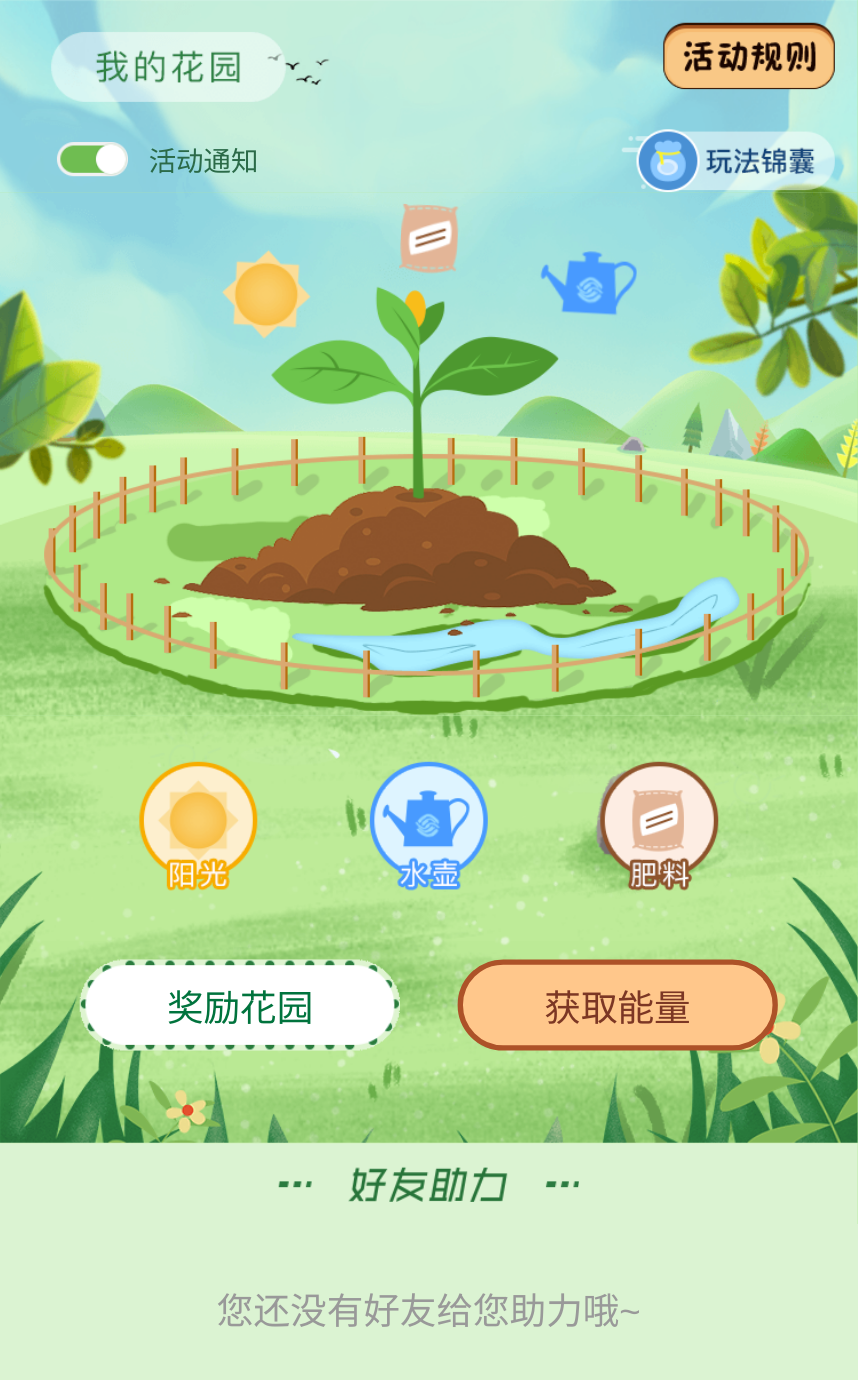
Repository: wangbiaozy/zh
Page: index.html
An editor plug-in stored every save of this project. The page is shown before and after the next save, followed by the edit.
The browser window is 1280 px wide. The pictures show the whole page, at 67% of full size.

Above is the page before, as saved 2019-03-18 20:27:31.
Console error: TypeError: Cannot read properties of undefined (reading 'style')

### index.html
<!DOCTYPE html>
<html lang="en">

<head>
    <meta charset="UTF-8">
    <meta name="viewport" content="width=device-width, initial-scale=1.0, maximum-scale=1.0, minimum-scale=1.0, user-scalable=no, viewport-fit=cover">
    <meta http-equiv="X-UA-Compatible" content="ie=edge">
    <title>北京移动</title>
    <link rel="stylesheet" href="css/reset.min.css">
    <link rel="stylesheet/less" href="css/styles.less">
    <link rel="stylesheet" href="css/animation.css">
    <script src="js/less-1.7.0.min.js"></script>
    <script src="js/jquery-1.10.1.min.js"></script>
    <script src="js/imgLoader.js"></script>
    <script>
        imgLoader([
            'images/banner.png',
            'images/bdsjh.png',
            'images/bg_01.png',
            'images/bg_02.png',
            'images/btn_cj.png',
            'images/btn_cjhd.png',
            'images/btn_dhff.png',
            'images/btn_dl.png',
            'images/btn_fshy.png',
            'images/btn_lj.png',
            'images/btn_qd.png',
            'images/btn_qdl.png',
            'images/btn_qr.png',
            'images/btn_qx.png',
            'images/btn_xg.png',
            'images/btn_zz.png',
            'images/c1.png',
            'images/c2.png',
            'images/c3.png',
            'images/c4.png',
            'images/c5.png',
            'images/card_1.png',
            'images/card_2.png',
            'images/card_3.png',
            'images/card_4.png',
            'images/card_5.png',
            'images/card.png',
            'images/close.png',
            'images/default.jpg',
            'images/erweima.png',
            'images/fire.gif',
            'images/fri_bg_01.png',
            'images/fri_bg_02.png',
            'images/fri_bg_03.png',
            'images/gongxi.png',
            'images/guang1.png',
            'images/guang2.png',
            'images/hdgz.png',
            'images/home_bg_01.png',
            'images/home_bg_02.png',
            'images/home_bg_03.png',
            'images/hyzl.png',
            'images/longjiao.png',
            'images/longshen.png',
            'images/longtou.png',
            'images/longwei.png',
            'images/longzhu.png',
            'images/longzhua.png',
            'images/rule_btn.png',
            'images/share.png',
            'images/sjhm.png',
            'images/start_btn.png',
            'images/submit.png',
            'images/tc_1_text.png',
            'images/tc_bg.png',
            'images/tc_card.png',
            'images/tc_title_1.png',
            'images/tc_title_2.png',
            'images/tc_title_3.png',
            'images/xxqr.png',
            'images/yun_1.png',
            'images/yun_2.png',
            'images/yun_3.png',
            'images/yun.png',
            'images/yzm.png'
        ], function (percentage) {
            var percentT = percentage * 100;
            $('.loader_info').html('Loading ' + (parseInt(percentT)) + '%');
            $('.loader_progress')[0].style.width = percentT + '%';
            if (percentage == 1) {
                /* $('.loader').remove();
                $('.home').show(); */
            }
        });
    </script>
</head>
<body>
    <!--loading-->
    <!-- <section class="loader">
        <div class="loader_info"></div>
        <div>
            <div class="loader_progress"></div>
        </div>
    </section> -->
    <!-- 首页 -->
    <section id="home" class="home">
        <div>
            <a href="javascript: void(0)" class="rule-btn"></a>
        </div>
        <div>
            <div></div>
        </div>
        <div>
            <a href="javascript: void(0)" id="start-btn"></a>
            <div>
                <p id="countDown"><i>倒计时：</i><span>7</span>天<span>00</span>时<span>00</span>分<span>00</span>秒</p>
            </div>
            <p>4月8日-4月14日&nbsp;&nbsp;&nbsp;&nbsp;活动将于4月14日结束，务必到期前领取</p>
        </div>
    </section>
    <!-- 活动规则页 -->
    <section id="rule" class="rule">
        <div>
            <div></div>
            <div>
                <ul>
                    <li>
                        <h3>一 活动时间：</h3>
                        <p>即日起——4月14日</p>
                        <h3>二 活动介绍：</h3>
                        <p>活动期间，用户通过北京移动微信公众号，可参与“天天种花得流量”活动。用户每天可获得一颗种子，通过添加物料（水、阳光、肥料），完成种植，收获花朵并获得对应流量奖品。</p>
                        <p>获取物料方法：</p>
                        <p>1、用户首次参与活动可领取水、阳光、肥料各1份。</p>
                        <p>2、分享活动给好友，邀请其助力赠送，可获得更多物料。（好友助力次数不限，但为同一用户仅可助力一次。）</p>
                        <h3>三 奖品规则：</h3>
                        <p>活动奖品包含：100MB、200MB、500MB、1GB、2GB、3GB全国流量，及部分免费业务体验资格、优惠业务办理资格。</p>
                        <p>（一）流量奖品</p>
                        <p>1.流量档位包括100MB、200MB、500MB、1GB、2GB、3GB全国流量；</p>
                        <p>2.奖品将于领取后15日内，自动充入用户的微信关注绑定手机号，流量自充入日起生效，有效期至本月月末；</p>
                        <p>3.活动赠送套外国内流量，优先级低于主套餐、可选包、短促包、定向流量包等，赠送流量无法共享，不可结转；</p>
                        <p>4.处于保留期、保号期、挂失、申停、欠停、转品牌过渡期的手机号；物联网卡、4G超级日租卡套餐、神州行开心听、语音套餐卡、神州行B标准资费基本策划等特殊资费用户无法领取赠送流量；</p>
                        <p>5.赠送流量每月仅可领取100次，超出上限不可领取；</p>
                        <p>6.北京移动用户抽中流量奖品后，自动充入关注绑定账户。非北京移动用户抽中流量奖品后可以转赠给北京移动手机号码。</p>
                        <p>（二）其它奖品</p>
                        <p>规则详见各奖品办理页面</p>
                        <p>温馨提示：</p>
                        <p>1、活动将于4月14日结束，请您务必于活动结束前完成领奖，逾期视为自动放弃奖品。</p>
                        <p>2、活动页面内可手动关闭活动提醒。如不关闭，默认每天发放服务通知，提醒用户活动状态已更新。</p>
                    </li>
                </ul>
                <a href="javascript:void(0)">确定</a>
            </div>
        </div>
        <div></div>
    </section>
    <!-- 主页 -->
    <section id="main" class="main">
        <div>
            <a href="javascript:void(0)" class="rule-btn"></a>
            <a href="javascript:void(0)" class="method-btn"></a>
            <div>
                <a href="javascript:void(0)"></a>
                <p>活动通知</p>
            </div>
        </div>
        <div>
            <div>
                <div class="zq"></div>
                <ul>
                    <li class="a-ring"></li>
                    <li class="a-ring"></li>
                    <li class="a-ring"></li>
                </ul>
            </div>
        </div>
        <div>
            <ul>
                <li>
                    <span>3</span>
                </li>
                <li>
                    <span>3</span>
                </li>
                <li>
                    <span>3</span>
                </li>
            </ul>
            <ul>
                <li>奖励花园</li>
                <li>获取能量</li>
            </ul>
        </div>
        <div>
            <h3></h3>
            <ul>
                <p>您还没有好友给您助力哦~</p>
                <!-- <li>
                    <div>
                        <img src="./images/fri_default.png" alt="">
                    </div>
                    <p>胖子胖子胖子胖子</p>
                    <p>帮忙增加了<span>肥料</span></p>
                    <p>3月1日</p>
                </li> -->
            </ul>
        </div>
    </section>
    <!-- 玩法锦囊页 -->
    <section id="method" class="method">
        <div></div>
        <div></div>
        <div></div>
        <div></div>
        <div></div>
        <a href="javascript: void(0)">确定</a>
    </section>
    <!-- 我的奖励花园页 -->
    <section id="gift" class="gift">
        <div>
            <div>
                <div></div>
                <ul>
                    <li>
                        <img src="./images/flower_0.png" alt="">
                        <a href="javascript: void(0)"></a>
                    </li>
                    <li>
                        <img src="./images/flower_0.png" alt="">
                        <a href="javascript: void(0)"></a>
                    </li>
                    <li>
                        <img src="./images/flower_0.png" alt="">
                        <a href="javascript: void(0)"></a>
                    </li>
                    <li>
                        <img src="./images/flower_0.png" alt="">
                        <a href="javascript: void(0)"></a>
                    </li>
                    <li>
                        <img src="./images/flower_0.png" alt="">
                        <a href="javascript: void(0)"></a>
                    </li>
                    <li>
                        <img src="./images/flower_0.png" alt="">
                        <a href="javascript: void(0)"></a>
                    </li>
                    <li>
                        <img src="./images/flower_0.png" alt="">
                        <a href="javascript: void(0)"></a>
                    </li>
                </ul>
                <div></div>
                <a href="javascript: void(0)">返回</a>
            </div>
        </div>
        <div></div>
    </section>
    <!-- 二维码页 -->
    <section id="code" class="code">
        <div>
            <div>
                <div>
                    <p>亲爱的用户<br>天天种花得流量活动邀你参加<br>天天有惊喜哦~</p>
                </div>
                <div>
                    <div>
                        <img src="./images/erweima.jpg" alt="">
                    </div>
                </div>
            </div>
        </div>
        <div></div>
    </section>
    <!-- 添加物料弹窗 -->
    <section class="model addModel message-model">
        <div>
            <p>您已成功为种子<br><span>添加了阳光</span><br>种子已进入<span>成熟</span>期<br>快来看看吧</p>
        </div>
        <a href="javascript: void(0)">确定</a>
    </section>
    <!-- 发送好友弹窗 -->
    <section class="model to-friend message-model">
        <div>
            <p>您需要积攒能量<br>才能种出神秘花朵<br>还有抽大奖的机会哦<br>快请好友帮忙吧</p>
        </div>
        <a href="javascript:void(0)">发送好友</a>
    </section>
    <!-- 开始 种子弹窗 -->
    <section class="model tc-0">
        <div>
            <p>恭喜您已经播种了<br>一颗神秘种子<br>快去养育TA～</p>
            <div></div>
            <p>看看可以收获什么花吧！！</p>
            <p>送您阳光、水壶、肥料各一份</p>
        </div>
        <a href="javascript:void(0)">确定</a>
    </section>
    <!-- 本网获得流量弹窗 -->
    <section class="model tc-1">
        <div>
            <p>恭喜您的手机号</p>
            <p>15910943650</p>
            <p>收货了<span>雏菊</span>（价值<span>500MB</span>）</p>
            <img src="./images/flower_tc_1.png" alt="">
            <p>流量将于7日内到账</p>
            <p>有效期至本月月末</p>
            <a href=""></a>
        </div>
        <a href="javascript:void(0)">确定</a>
    </section>
    <!-- 异网流量弹窗 1-->
    <section class="model tc-2">
        <div>
            <p>恭喜您的手机号</p>
            <p>13612341234</p>
            <p>收获了<span>雏菊</span>（价值<span>500MB</span>）</p>
            <img src="./images/flower_tc_1.png" alt="">
            <p>您可以转赠到北京移动号码内</p>
            <p>（流量仅可在活动期间内进行转赠）</p>
        </div>
        <div>
            <a href="javascript:void(0)">取消</a>
            <a href="javascript:void(0)">转赠</a>
        </div>
    </section>
    <!-- 异网流量弹窗 2 -->
    <section class="model tc-3">
        <div>
            <p>请输入好友北京移动手机号码</p>
            <div>
                <p>手机号码</p>
                <input id="inputTel" type="number" pattern="[0-9]*" oninput="if(value.length>11)value=value.slice(0,11)">
            </div>
            <p>（流量仅可在活动期间进行转赠）</p>
        </div>
        <a href="javascript:void(0)">确定</a>
    </section>
     <!-- 异网流量弹窗 3 -->
    <section class="model tc-4">
        <div>
            <p>信息确认</p>
            <p>您是否将</p>
            <p><span>500MB</span>全国流量</p>
            <p>转赠到手机号码</p>
            <p>13612341234</p>
            <p>账户中</p>
            <p>点击确认后信息将不可更改</p>
        </div>
        <div>
            <a href="javascript:void(0)">修改</a>
            <a href="javascript:void(0)">确认</a>
        </div>
    </section>
    <!-- 异网流量弹窗 4 -->
    <section class="model tc-5">
        <div>
            <p>您已将</p>
            <p><span>500MB</span>全国流量</p>
            <p>转赠到手机号码</p>
            <p>15910011111</p>
            <p>账户中</p>
            <p>流量将于15日内到账</p>
            <p>有效期至本月月末</p>
            <p>（流量到账后，立即生效）</p>
            <a href=""></a>
        </div>
        <a href="javascript:void(0)">确定</a>
    </section>
    <!-- 分享浮层 -->
    <section class="share">
        <div>
            <span></span>
        </div>
    </section>
    <!-- 遮罩层 -->
    <section class="mask" id="mask"></section>
</body>
</html>
<script src="js/index.js"></script>

### css/reset.min.css
@charset "utf-8";
/*默认样式清除和初始化*/
body,h1,h2,h3,h4,h5,h6,hr,p,blockquote,dl,dt,dd,ul,ol,li,button,input,textarea,th,td{margin:0;padding:0}body{font-size:12px;font-style:normal;font-family:"\5FAE\8F6F\96C5\9ED1",Helvetica,sans-serif}small{font-size:12px}h1{font-size:18px}h2{font-size:16px}h3{font-size:14px}h4,h5,h6{font-size:100%}ul,ol{list-style:none}a{text-decoration:none;background-color:transparent}a:hover,a:active{outline-width:0;text-decoration:none}table{border-collapse:collapse;border-spacing:0}hr{border:0;height:1px}img{border-style:none}img:not([src]){display:none}svg:not(:root){overflow:hidden}html{-webkit-touch-callout:none;-webkit-text-size-adjust:100%}input,textarea,button,a{-webkit-tap-highlight-color:rgba(0,0,0,0)}article,aside,details,figcaption,figure,footer,header,main,menu,nav,section,summary{display:block}audio,canvas,progress,video{display:inline-block}audio:not([controls]),video:not([controls]){display:none;height:0}progress{vertical-align:baseline}mark{background-color:#ff0;color:#000}sub,sup{position:relative;font-size:75%;line-height:0;vertical-align:baseline}sub{bottom:-0.25em}sup{top:-0.5em}button,input,select,textarea{font-size:100%;outline:0}button,input{overflow:visible}button,select{text-transform:none}textarea{overflow:auto}button,html [type="button"],[type="reset"],[type="submit"]{-webkit-appearance:button}button::-moz-focus-inner,[type="button"]::-moz-focus-inner,[type="reset"]::-moz-focus-inner,[type="submit"]::-moz-focus-inner{border-style:none;padding:0}button:-moz-focusring,[type="button"]:-moz-focusring,[type="reset"]:-moz-focusring,[type="submit"]:-moz-focusring{outline:1px dotted ButtonText}[type="checkbox"],[type="radio"]{box-sizing:border-box;padding:0}[type="number"]::-webkit-inner-spin-button,[type="number"]::-webkit-outer-spin-button{height:auto}[type="search"]{-webkit-appearance:textfield;outline-offset:-2px}[type="search"]::-webkit-search-cancel-button,[type="search"]::-webkit-search-decoration{-webkit-appearance:none}::-webkit-input-placeholder{color:inherit;opacity:.54}::-webkit-file-upload-button{-webkit-appearance:button;font:inherit}.clear:after{display:block;height:0;content:"";clear:both}
*{ -webkit-tap-highlight-color: rgba(0,0,0,0);-webkit-tap-highlight-color: transparent; /* For some Androids */ }

Loaded but not shown: js/less-1.7.0.min.js (library); js/jquery-1.10.1.min.js (library); js/index.js (497 lines, source omitted); js/imgLoader.js (49 lines, source omitted); css/animation.css (2744 lines, source omitted)

After the next save:
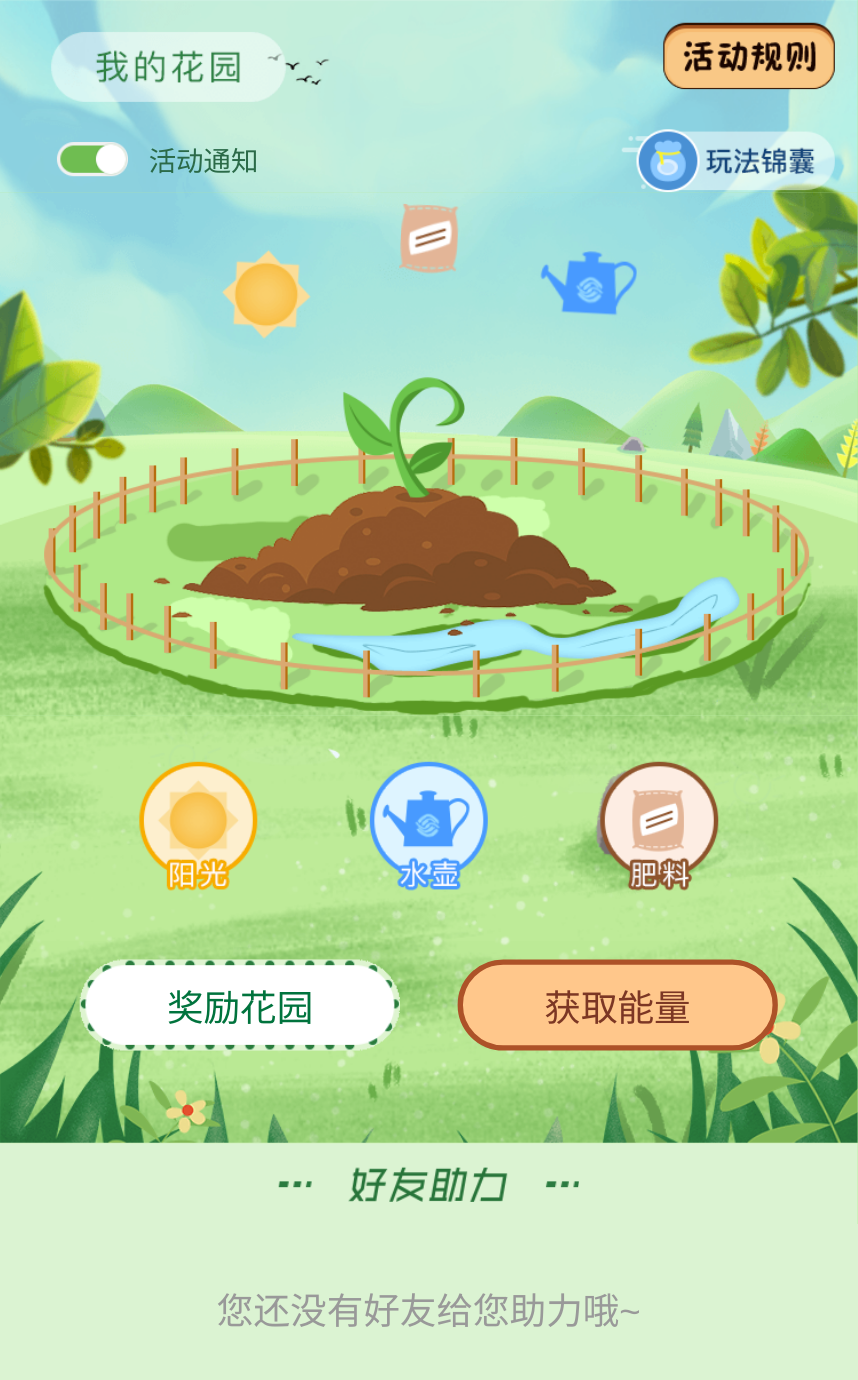
Saved 48 s later.
--- a/index.html
+++ b/index.html
@@ -161,7 +161,7 @@
         </div>
         <div>
             <div>
-                <div class="zq"></div>
+                <div class="cq"></div>
                 <ul>
                     <li class="a-ring"></li>
                     <li class="a-ring"></li>
